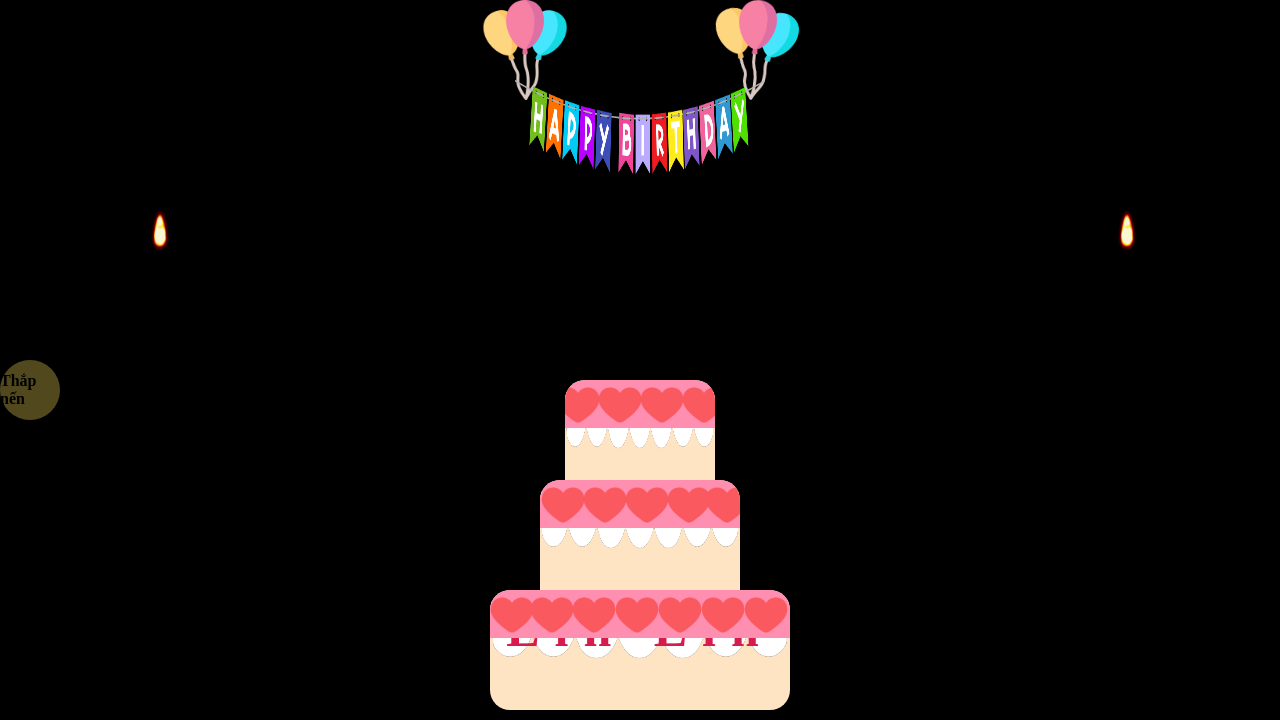
Repository: iphoneboy46/happybirthday
Page: index.html
These files come from the project's save history. The page is drawn as it stood at one moment and after the next save; the edit follows.
The browser window is 1280 px wide. The pictures show the whole page.
After loading, the first visible `div.btnThapnen` was clicked once.
Some web fonts or font styles are not loaded; a fallback is used.

Above is the page before, as saved 2022-11-28 21:31:22.

### index.html
<!DOCTYPE html>
<html lang="en">
  <head>
    <meta charset="UTF-8" />
    <meta http-equiv="X-UA-Compatible" content="IE=edge" />
    <meta name="viewport" content="width=device-width, initial-scale=1.0" />
    <title>Happy Birthday</title>
    <link rel="stylesheet" href="style.css" />
  </head>
  <body>
    <div class="container">
      <div class="cake">
        <div class="top--cake">
          <div class="img-wavy">
            <img src="image/img1.png" alt="" />
          </div>

          <div class="img-heart-1--top">
            <img src="image/heart.png" alt="" />
          </div>
          <div class="img-heart-2--top">
            <img src="image/heart.png" alt="" />
          </div>
          <div class="img-heart-3--top">
            <img src="image/heart.png" alt="" />
          </div>
          <div class="img-heart-4--top">
            <img src="image/heart.png" alt="" />
          </div>

          <div class="border-cake"></div>
        </div>
        <div class="center--cake">
          <div class="img-wavy">
            <img src="image/img1.png" alt="" />
          </div>
          <div class="img-heart-1--center">
            <img src="image/heart.png" alt="" />
          </div>
          <div class="img-heart-2--center">
            <img src="image/heart.png" alt="" />
          </div>
          <div class="img-heart-3--center">
            <img src="image/heart.png" alt="" />
          </div>
          <div class="img-heart-4--center">
            <img src="image/heart.png" alt="" />
          </div>
          <div class="img-heart-5--center">
            <img src="image/heart.png" alt="" />
          </div>
          <div class="img-heart-6--center">
            <img src="image/heart.png" alt="" />
          </div>
          <div class="img-heart-7--center">
            <img src="image/heart.png" alt="" />
          </div>

          <div class="border-cake"></div>
        </div>
        <div class="bottom--cake">
          <div class="img-wavy">
            <img src="image/img1.png" alt="" />
          </div>

          <div class="img-heart-1">
            <img src="image/heart.png" alt="" />
          </div>
          <div class="img-heart-2">
            <img src="image/heart.png" alt="" />
          </div>
          <div class="img-heart-3">
            <img src="image/heart.png" alt="" />
          </div>
          <div class="img-heart-4">
            <img src="image/heart.png" alt="" />
          </div>
          <div class="img-heart-5">
            <img src="image/heart.png" alt="" />
          </div>
          <div class="img-heart-6">
            <img src="image/heart.png" alt="" />
          </div>
          <div class="img-heart-7">
            <img src="image/heart.png" alt="" />
          </div>
          <div class="img-heart-8">
            <img src="image/heart.png" alt="" />
          </div>

          <div class="border-cake"></div>
        </div>
        <div class="fire2">
          <img src="music/luanen.gif" alt="" />
        </div>
        <div class="fire4">
          <img src="music/luanen.gif" alt="" />
        </div>
        <div class="number2">
          <img src="image/number2png.png" alt="" />
        </div>
        <div class="number4">
          <img src="image/number4.png" alt="" />
        </div>
      </div>
      <h1 class="name">Lin Lin</h1>
      <h2 class="day">29-11</h2>
      <audio class="audioHpbd" controls autoplay>
        <source src="music/Happy Birthday -Piano Cover.mp3" type="audio/mpeg" />
      </audio>
      <div class="hpbd">
        <div class="text-hbbd">
          <img src="image/hbbdpng.png" alt="" />
        </div>
        <div class="bongbong1">
          <img src="image/balloon.png" alt="" />
        </div>
        <div class="bongbong2">
          <img src="image/balloon.png" alt="" />
        </div>
      </div>
      <div class="btnThapnen">Thắp nến</div>
      <div class="btnThoinen">Thổi nến</div>
    </div>
    <script src="index.js"></script>
  </body>
</html>

### style.css
@import url('https://fonts.googleapis.com/css2?family=Fleur+De+Leah&display=swap');

* {
    padding: 0;
    margin: 0;
    box-sizing: border-box;
    font-family: 'Fleur De Leah', cursive;

}

body {
    overflow: hidden;
}

.container {
    width: 100%;
    background-color: #FFE6E6;
    /* background-color: black; */
    height: 100vh;
    display: flex;
    justify-content: center;
    align-items: flex-end;

}

.cake {
    display: flex;
    flex-direction: column;
    justify-content: center;
    align-items: center;
    animation: cake-scale linear 5s;
}

@keyframes cake-scale {
    0% {
        transform: scale(0)
    }

    100% {
        transform: scale(1)
    }
}

.top--cake {
    position: relative;
    overflow: hidden;
    width: 150px;
    height: 100px;
    background-color: bisque;
    border-top-left-radius: 20px;
    border-top-right-radius: 20px;
}



.center--cake {
    position: relative;
    overflow: hidden;
    width: 200px;
    height: 110px;
    background-color: bisque;
    border-top-left-radius: 20px;
    border-top-right-radius: 20px;
}


.bottom--cake {
    position: relative;
    overflow: hidden;
    width: 300px;
    height: 120px;
    background-color: bisque;
    border-radius: 20px;
    margin-bottom: 10px;
}



.img-wavy {
    width: 100%;
    height: 70px;
}

.img-wavy img {
    width: 100%;
    height: 100%;
}

.img-heart-1 {
    z-index: 3;
    position: absolute;
    top: 0px;
    left: -3px;
    width: 50px;
    height: 50px;
}


.img-heart-1 img {
    width: 100%;
    height: 100%;
}

.img-heart-2 {
    z-index: 3;
    position: absolute;
    top: 0px;
    left: 37px;
    width: 50px;
    height: 50px;
}


.img-heart-2 img {
    width: 100%;
    height: 100%;
}


.img-heart-3 {
    z-index: 3;
    position: absolute;
    top: 0px;
    left: 79px;
    width: 50px;
    height: 50px;
}


.img-heart-3 img {
    width: 100%;
    height: 100%;
}

.img-heart-4 {
    z-index: 3;
    position: absolute;
    top: 0px;
    left: 122px;
    width: 50px;
    height: 50px;
}


.img-heart-4 img {
    width: 100%;
    height: 100%;
}

.img-heart-5 {
    z-index: 3;
    position: absolute;
    top: 0px;
    left: 165px;
    width: 50px;
    height: 50px;
}


.img-heart-5 img {
    width: 100%;
    height: 100%;
}

.img-heart-6 {
    z-index: 3;
    position: absolute;
    top: 0px;
    left: 208px;
    width: 50px;
    height: 50px;
}


.img-heart-6 img {
    width: 100%;
    height: 100%;
}

.img-heart-7 {
    z-index: 3;
    position: absolute;
    top: 0px;
    left: 251px;
    width: 50px;
    height: 50px;
}


.img-heart-7 img {
    width: 100%;
    height: 100%;
}



.border-cake {
    z-index: 2;
    position: absolute;
    top: 0;
    width: 100%;
    height: 48px;
    background-color: #FF8FB1;
}


.img-heart-1--center {
    z-index: 3;
    position: absolute;
    top: 0px;
    left: -2px;
    width: 50px;
    height: 50px;
}


.img-heart-1--center img {
    width: 100%;
    height: 100%;
}

.img-heart-2--center {
    z-index: 3;
    position: absolute;
    top: 0px;
    left: 40px;
    width: 50px;
    height: 50px;
}


.img-heart-2--center img {
    width: 100%;
    height: 100%;
}


.img-heart-3--center {
    z-index: 3;
    position: absolute;
    top: 0px;
    left: 82px;
    width: 50px;
    height: 50px;
}


.img-heart-3--center img {
    width: 100%;
    height: 100%;
}

.img-heart-4--center {
    z-index: 3;
    position: absolute;
    top: 0px;
    left: 124px;
    width: 50px;
    height: 50px;
}


.img-heart-4--center img {
    width: 100%;
    height: 100%;
}

.img-heart-5--center {
    z-index: 3;
    position: absolute;
    top: 0px;
    left: 260px;
    width: 50px;
    height: 50px;
}


.img-heart-5--center img {
    width: 100%;
    height: 100%;
}

.img-heart-6--center {
    z-index: 3;
    position: absolute;
    top: 0px;
    left: 330px;
    width: 50px;
    height: 50px;
}


.img-heart-6--center img {
    width: 100%;
    height: 100%;
}

.img-heart-7--center {
    z-index: 3;
    position: absolute;
    top: 0px;
    left: 162px;
    width: 50px;
    height: 50px;
}


.img-heart-7--center img {
    width: 100%;
    height: 100%;
}



.img-heart-1--top {
    z-index: 3;
    position: absolute;
    top: 0px;
    left: -12px;
    width: 50px;
    height: 50px;
}


.img-heart-1--top img {
    width: 100%;
    height: 100%;
}

.img-heart-2--top {
    z-index: 3;
    position: absolute;
    top: 0px;
    left: 30px;
    width: 50px;
    height: 50px;
}


.img-heart-2--top img {
    width: 100%;
    height: 100%;
}


.img-heart-3--top {
    z-index: 3;
    position: absolute;
    top: 0px;
    left: 72px;
    width: 50px;
    height: 50px;
}


.img-heart-3--top img {
    width: 100%;
    height: 100%;
}

.img-heart-4--top {
    z-index: 3;
    position: absolute;
    top: 0px;
    left: 114px;
    width: 50px;
    height: 50px;
}


.img-heart-4--top img {
    width: 100%;
    height: 100%;
}

.number2 {
    position: absolute;
    width: 60px;
    height: 92px;
    top: 242px;
    left: 40%;
    transform: translateX(-50%);
    animation: num linear 10s
}


.number2 img {
    width: 100%;
    height: 100%;
}

.number4 {
    position: absolute;
    width: 100px;
    height: 100px;
    top: 242px;
    left: 59%;
    transform: translateX(-50%);
    animation: num linear 10s
}

@keyframes num {
    0% {
        top: -2000px;
        opacity: 0;
    }

    100% {
        top: 242px;
        opacity: 1;
    }
}

.number4 img {
    width: 100%;
    height: 100%;
}


.hpbd {
    top: 0px;
    position: absolute;
    animation: topText linear 5s;
}

@keyframes topText {
    0% {
        top: 1000px;
    }

    100% {
        top: 0px;
    }
}


.text-hbbd {
    transform: translateX(-50%);
    position: absolute;
    top: 80px;
    left: 50%;
    width: 250px;
    height: 100px;
    z-index: 10;

}



.text-hbbd img {
    width: 100%;
    height: 100%;
}

.bongbong1 {
    position: absolute;
    width: 100px;
    height: 100px;
    left: 65px;
    top: 0px;

    animation: dungdua1 linear 5s infinite;
}

@keyframes dungdua1 {
    0% {
        transform: rotate(0deg)
    }


    50% {
        transform: rotate(10deg)
    }

    100% {
        transform: rotate(0deg)
    }
}



.bongbong1 img {
    width: 100%;
    height: 100%;
}


.bongbong2 {
    position: absolute;
    width: 100px;
    height: 100px;
    right: 65px;
    top: 0px;
    animation: dungdua2 linear 5s infinite;
    animation-delay: 15s;
}

@keyframes dungdua2 {
    0% {
        transform: rotate(0deg)
    }


    50% {
        transform: rotate(-10deg)
    }

    100% {
        transform: rotate(0deg)
    }
}

.bongbong2 img {
    width: 100%;
    height: 100%;
}

.audioHpbd {
    display: none;
}

.name {
    text-align: center;
    top: 600px;
    position: absolute;
    font-size: 50px;
    letter-spacing: 15px;
    color: #D61C4E;
    animation: cake-scale linear 5s;

}


.day {
    text-align: center;
    top: 490px;
    position: absolute;
    font-size: 40px;
    letter-spacing: 15px;
    color: #D61C4E;
    animation: cake-scale linear 5s;

}


.fire2 {
    display: none;
    position: absolute;
    top: 205px;
    left: 135px;
    width: 50px;
    height: 50px;
}

.fire2 img {
    width: 100%;
    height: 100%;
}


.fire4 {
    display: none;
    position: absolute;
    top: 205px;
    right: 128px;
    width: 50px;
    height: 50px;
}

.fire4 img {
    width: 100%;
    height: 100%;
}

.btnThapnen {
    display: flex;
    justify-content: center;
    align-items: center;
    flex-direction: column;
    border-radius: 50%;
    width: 60px;
    height: 60px;
    position: absolute;
    font-weight: bolder;
    top: 50%;
    left: 0;
    user-select: none;
    background-color: #FFE15D;
    animation: thapNen linear 20s;
    opacity: 0
}

@keyframes thapNen {
    0%{
        opacity: 0;
    }
    100%{
        opacity: 1;
    }
}


.btnThoinen {
    display: flex;
    justify-content: center;
    align-items: center;
    flex-direction: column;
    border-radius: 50%;
    width: 60px;
    height: 60px;
    position: absolute;
    font-weight: bolder;
    top: 50%;
    right:0;
    user-select: none;
    background-color: #FFE15D;
    display: none;
}

### index.js
const btnThapnen = document.querySelector(".btnThapnen");
const btnThoinen = document.querySelector(".btnThoinen");

const con = document.querySelector(".container");
const fire2 = document.querySelector(".fire2");
const fire4 = document.querySelector(".fire4");


btnThapnen.onclick = () => {

    con.style.backgroundColor = "black";
    fire2.style.display = "block";
    fire4.style.display = "block";

};


btnThoinen.onclick = () => {
    con.style.backgroundColor = "#FFE6E6";
    fire2.style.display = "none";
    fire4.style.display = "none";
};

After the next save:
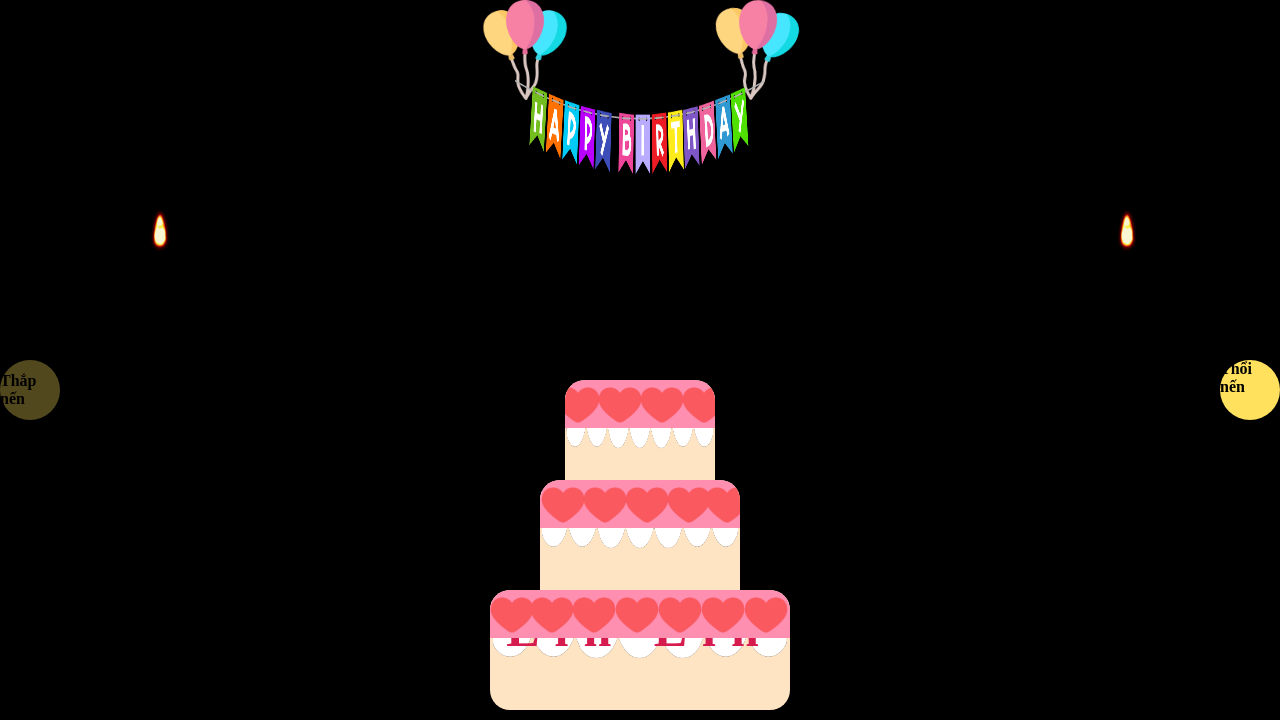
Saved 31 s later.
--- a/index.js
+++ b/index.js
@@ -7,7 +7,7 @@ const fire4 = document.querySelector(".fire4");
 
 
 btnThapnen.onclick = () => {
-
+    btnThoinen.style.display = "block"
     con.style.backgroundColor = "black";
     fire2.style.display = "block";
     fire4.style.display = "block";
